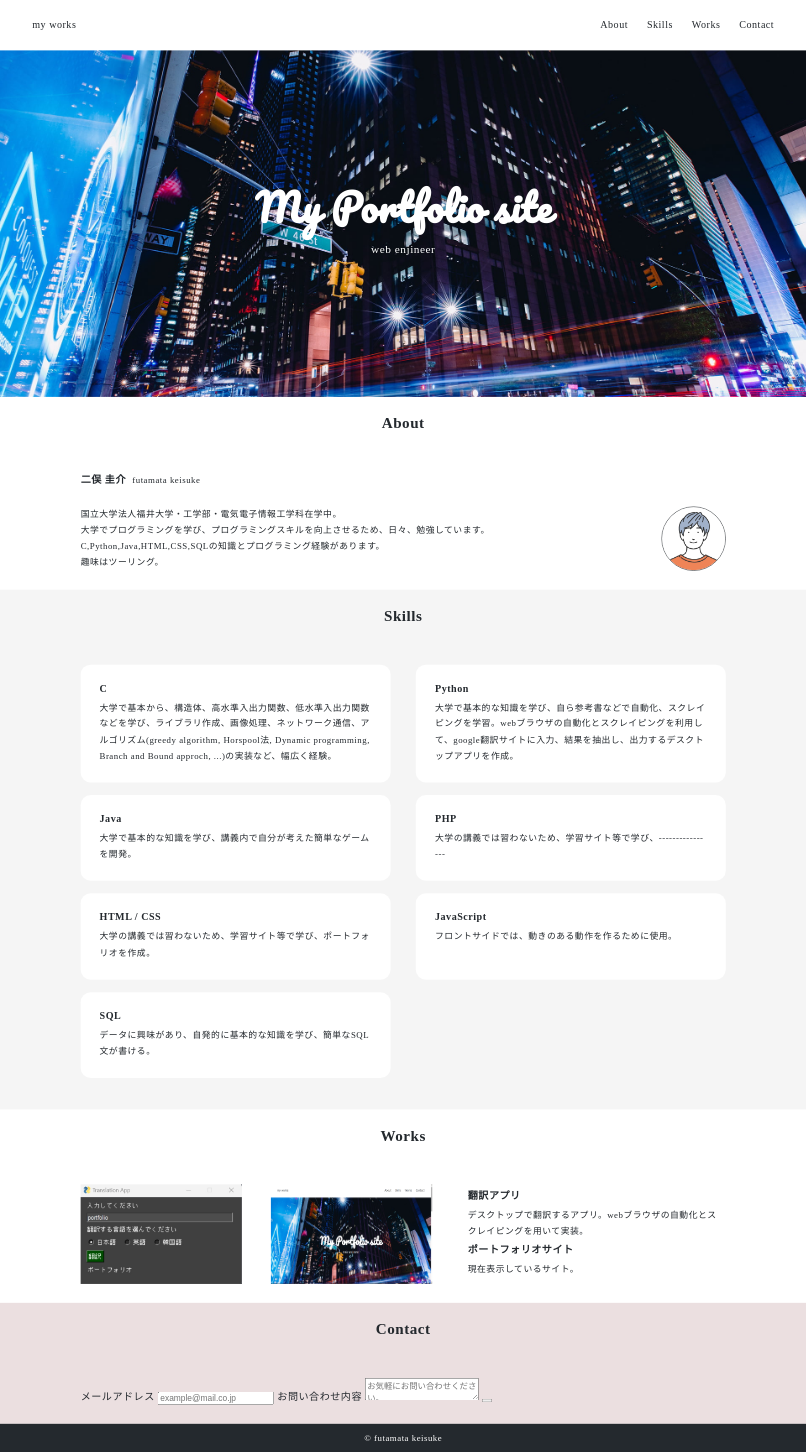
Repository: F-ksk/portfolio
Page: index.html
An editor plug-in stored every save of this project. The page is shown before and after the next save, followed by the edit.
The browser window is 1280 px wide. The pictures show the whole page, at 63% of full size.

Above is the page before, as saved 2023-06-29 23:00:05.

### index.html
<!DOCTYPE html>
<html>
    <head>
        <meta charset="UTF-8" />
        <meta http-equiv="X-UA-Compatible" content="IE=edge" />
        <meta name="viewport" content="width=device-width, initial-scale=1.0" />
        <meta name="robots" content="noindex" />
        <title>FK Portfolio</title>
        <link rel="stylesheet" href="css/reset.css" />
        <link rel="stylesheet" href="css/style.css" />
    </head>
    <body>

        <header>
            <a href="index.html">my works</a>
            <nav>
                <ul>
                    <li>About</li>
                    <li>Skills</li>
                    <li>Works</li>
                    <li>Contact</li>
                </ul>
            </nav>
        </header>

        <div class="main-visual">
            <div>
                <h1>My Portfolio site</h1>
                <p>web enjineer</p>
            </div>
        </div>

        <section id="about">
            <h2>About</h2>
            <div id="about-name">
                <h3>二俣 圭介</h3>
                <p>futamata keisuke</p>
            </div>
            <div id="about-detail">
                <p>
                    国立大学法人福井大学・工学部・電気電子情報工学科在学中。<br>
                    大学でプログラミングを学び、プログラミングスキルを向上させるため、日々、勉強しています。
                    C,Python,Java,HTML,CSS,SQLの知識とプログラミング経験があります。<br>
                    趣味はツーリング。
                </p>
                <img src="./img/man.jpg">
            </div>
        </section>
        <section id="skills">
            <h2>Skills</h2>
            <div class="skill-list">
                <div class="skill-item">
                    <h3>C</h3>
                    <p>大学で基本から、構造体、高水準入出力関数、低水準入出力関数などを学び、ライブラリ作成、画像処理、ネットワーク通信、アルゴリズム(greedy algorithm, Horspool法, Dynamic programming, Branch and Bound approch, ...)の実装など、幅広く経験。</p>
                </div>
                <div class="skill-item">
                    <h3>Python</h3>
                    <p>大学で基本的な知識を学び、自ら参考書などで自動化、スクレイピングを学習。webブラウザの自動化とスクレイピングを利用して、google翻訳サイトに入力、結果を抽出し、出力するデスクトップアプリを作成。</p>
                </div>
                <div class="skill-item">
                    <h3>Java</h3>
                    <p>大学で基本的な知識を学び、講義内で自分が考えた簡単なゲームを開発。</p>
                </div>
                <div class="skill-item">
                    <h3>PHP</h3>
                    <p>大学の講義では習わないため、学習サイト等で学び、----------------</p>
                </div>
                <div class="skill-item">
                    <h3>HTML / CSS</h3>
                    <p>大学の講義では習わないため、学習サイト等で学び、ポートフォリオを作成。</p>
                </div>
                <div class="skill-item">
                    <h3>JavaScript</h3>
                    <p>フロントサイドでは、動きのある動作を作るために使用。</p>
                </div>
                <div class="skill-item">
                    <h3>SQL</h3>
                    <p>データに興味があり、自発的に基本的な知識を学び、簡単なSQL文が書ける。</p>
                </div>
            </div>
        </section>
        <section id="works">
            <h2>Works</h2>
            <div class="work-item">
                <img src="./img/portfolio.jpg">
                <img src="./img/portfolio(2).png">
                <div class="work-description">
                    <h3>翻訳アプリ</h3>
                    <p>デスクトップで翻訳するアプリ。webブラウザの自動化とスクレイピングを用いて実装。</p>
                    <h3>ポートフォリオサイト</h3>
                    <p>現在表示しているサイト。</p>
                </div>
            </div>
        </section>
        <section id="contact">
            <h2>Contact</h2>
            <div class="contact-form">
                <form>
                    <label for="email">メールアドレス</label>
                    <input id="email" type="text" name="name" placeholder="example@mail.co.jp">
                    <label for="msg">お問い合わせ内容</label>
                    <textarea id="msg" name="name" placeholder="お気軽にお問い合わせください。"></textarea>
                    <button type="submit" name="button" value="送信"></button>
                </form>
            </div>
        </section>
        <footer>
            <p>&copy; futamata keisuke</p>
        </footer>
    </body>
</html>

### css/style.css
@charset "UTF-8";
@import url('https://fonts.googleapis.com/css2?family=Roboto:wght@100;300;400;500;700;900&display=swap');
@import url('https://fonts.googleapis.com/css2?family=Noto+Sans+JP:wght@300;400;500;700;900&display=swap');
@import url('https://fonts.googleapis.com/css2?family=Pacifico&display=swap');

html {
  font-size: 100%;
}

body {
    color: #24292e;
    letter-spacing: 0.05em;
}

a,a:visited {
    color: #24292e;
    text-decoration: none;
}

img {
    max-width: 100%;
}

li {
    list-style: none;
}

p {
    line-height: 1.8;
    font-size: 14px;
}

h1 {
    font-size: 60px;
    font-family: 'Pacifico';
}

h2 {
    font-size: 1.5rem;
    text-align: center;
    margin-bottom: 65px;
}

h3 {
    font-size: 16px;
}

header {
    max-width: 100%;
    background-color: #fff;
    display: flex;
    justify-content: space-between;
    height: 80px;
    padding: 0 4%;
    align-items: center;
    position: sticky;
    top: 0;
}

header ul {
    display: flex;
}

header li {
    margin-left: 30px;
}

.main-visual {
    width: 100%;
    height: 550px;
    background-image: url(../img/town.jpg);
    background-size: cover;
    color: #FFF;
    text-align: center;
    display: flex;
    justify-content: center;
    align-items: center;
}

.main-visual p {
    margin-top: 20px;
    font-size: 18px;
}

#about-name{
    display: flex;
    justify-content: flex-start;
    align-items: center;
}

#about h3 {
    margin-right: 10px;
}

#about p {
    width: 80%;
}

#about-detail {
    margin-top: 30px;
    display: flex;
    justify-content: space-between;
}

#about img {
    width: 100px;
    height: 100px;
    border-radius: 50%;
    object-fit: cover;
    border-style: solid;
    border-width: 1px;
}

section {
    padding: 30px 10%;
}

#skills {
    background-color: #f5f5f5;
}

#skills h3 {
    margin-bottom: 10px;
}

.skill-list {
    display: flex;
    justify-content: space-between;
    flex-wrap: wrap;
}

.skill-item {
    width: 48%;
    background-color: #fff;
    border-radius: 16px;
    margin-bottom: 20px;
    padding: 30px;
    box-sizing: border-box;
}

.work-item {
    display: flex;
    justify-content: space-between;
}

#works img {
    width: 25%;
}

.work-description {
    margin-left: 10px;
    width: 40%;
}

.work-description p {
    margin-top: 10px;
}

.work-description h3 {
    margin-top: 10px;
}

#contact {
    background-color: #EBDFE0;
}

footer {
    background-color: #24292e;
    color: #fff;
    font-size:  0.5rem;
    padding: 10px 20px;
    text-align: center;
}

Loaded but not shown: css/reset.css (common file)

After the next save:
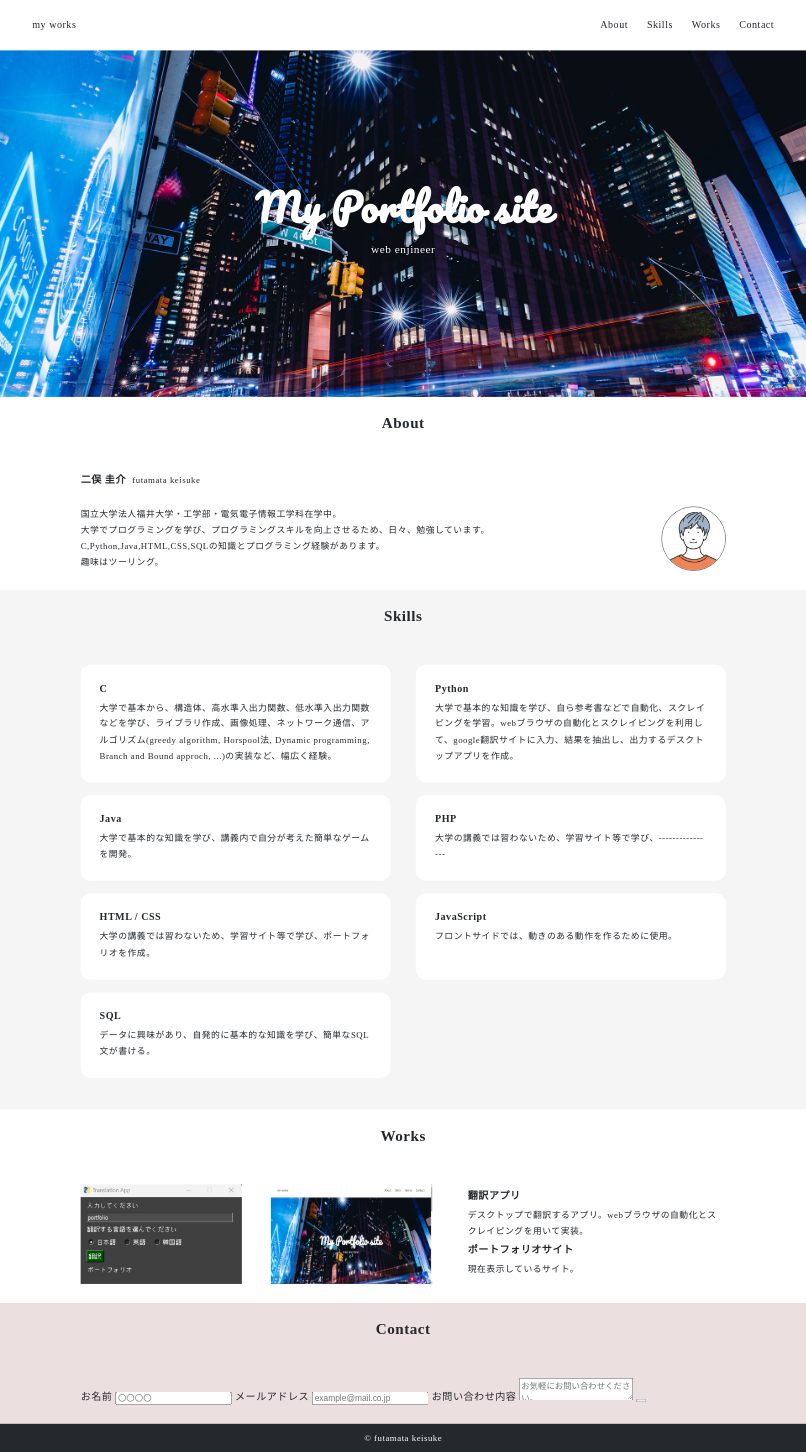
Saved 2 min 37 s later.
--- a/index.html
+++ b/index.html
@@ -96,6 +96,8 @@
             <h2>Contact</h2>
             <div class="contact-form">
                 <form>
+                    <label for="name">お名前</label>
+                    <input id="name" type="text" name="name" placeholder="〇〇〇〇">
                     <label for="email">メールアドレス</label>
                     <input id="email" type="text" name="name" placeholder="example@mail.co.jp">
                     <label for="msg">お問い合わせ内容</label>
